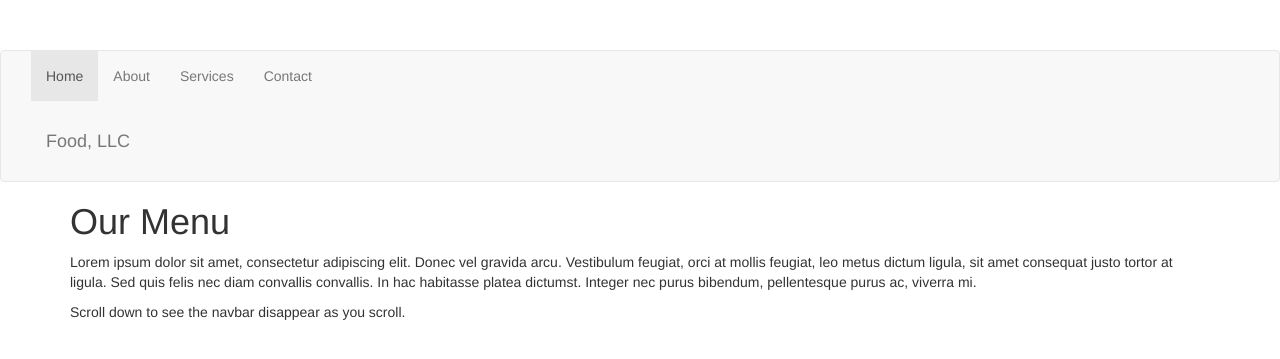
Repository: imen-chabchoub/coursera-test1
Page: mod3-solution/index.html
The author's editor kept a copy of each file at every save. The page is drawn from the files as they stood at one save, then again after the next save.
The browser window is 1280 px wide. The pictures show the whole page.

Above is the page before, as saved 2025-02-12 14:23:04.

After the next save:
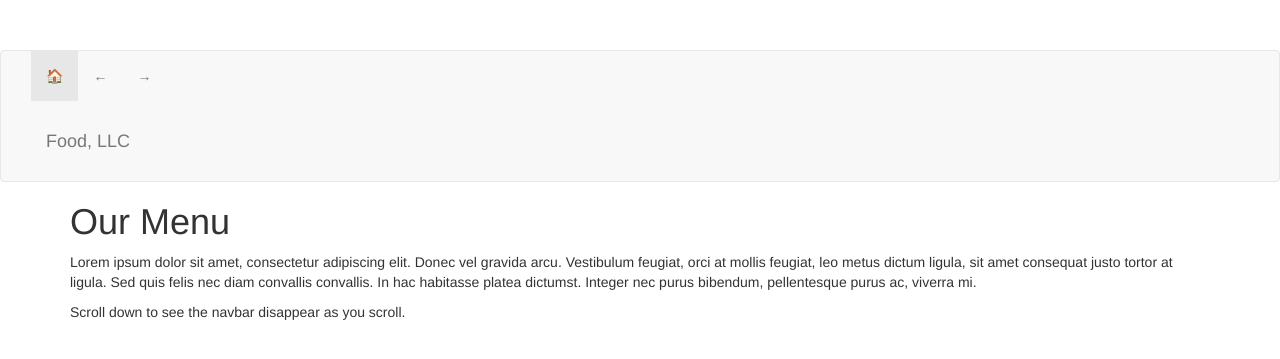
Saved 113 s later.
--- a/mod3-solution/index.html
+++ b/mod3-solution/index.html
@@ -24,10 +24,13 @@
             <!-- Collect the nav links, forms, and other content for toggling -->
             <div class="collapse navbar-collapse" id="navbar-collapse">
                 <ul class="nav navbar-nav">
-                    <li class="active"><a href="#">Home <span class="sr-only">(current)</span></a></li>
-                    <li><a href="#">About</a></li>
-                    <li><a href="#">Services</a></li>
-                    <li><a href="#">Contact</a></li>
+                    <li class="active"><a href="#" class="nav-home">🏠</a></li>
+                    <li><a href="#" class="nav-back">←</a></li>
+                    <li><a href="#" class="nav-forward">→</a></li>
+
+
+
+
                 </ul>
                 <div class="navbar-text">
                     <a class="navbar-brand" href="#">Food, LLC</a>
